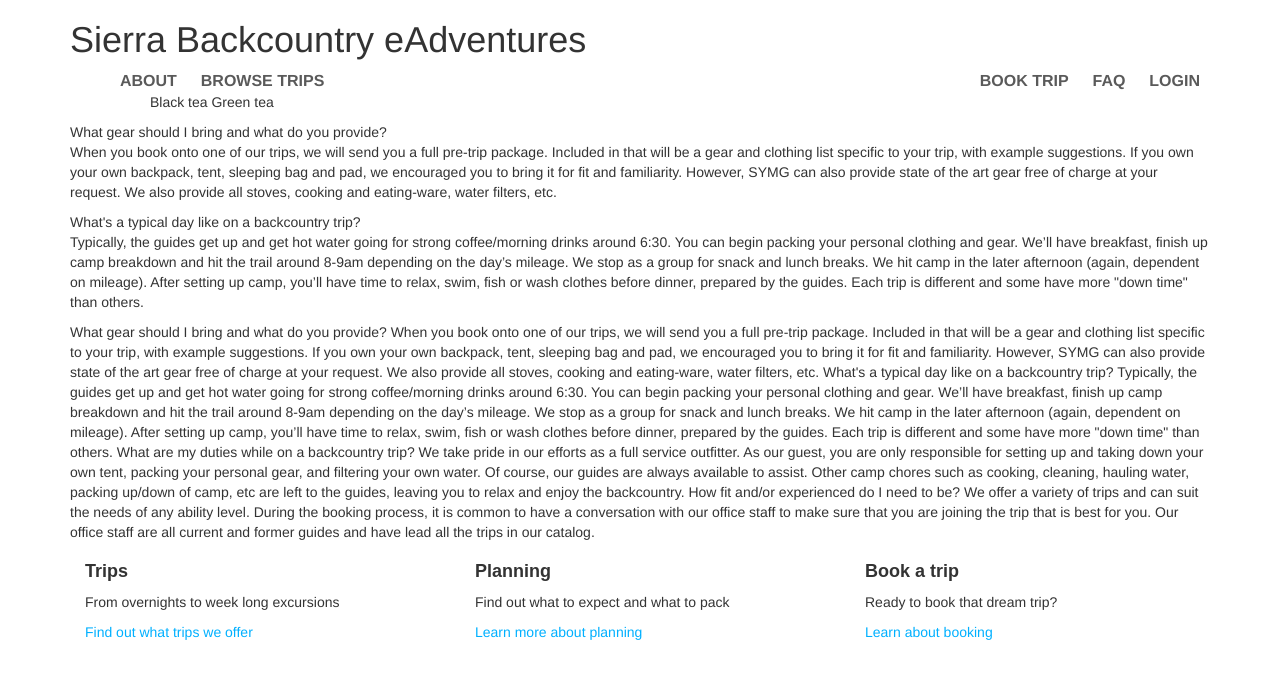
Repository: nageek17/eadventures
Page: http://localhost/support.php
The author's editor kept a record of every edit. The page is drawn from the files as they stood at one moment, then again after the next edit.
The browser window is 1280 px wide. The pictures show the whole page.
Some web libraries are served in a nearby version. The page is run by PHP 8.4 with error messages shown; the project is at /var/www/html/.

Above is the page before.
Console error (its wording comes from the project's code and is left out).

### support.php
<?php
    include ('header.php');
?>
<div class='container'>
<p>What gear should I bring and what do you provide?</br>
When you book onto one of our trips, we will send you a full pre-trip package. Included in that will be a gear and clothing list specific to your trip, with example suggestions. If you own your own backpack, tent, sleeping bag and pad, we encouraged you to bring it for fit and familiarity. However, SYMG can also provide state of the art gear free of charge at your request. We also provide all stoves, cooking and eating-ware, water filters, etc.


</p>

<p>What's a typical day like on a backcountry trip?</br>
Typically, the guides get up and get hot water going for strong coffee/morning drinks around 6:30. You can begin packing your personal clothing and gear. We’ll have breakfast, finish up camp breakdown and hit the trail around 8-9am depending on the day’s mileage. We stop as a group for snack and lunch breaks. We hit camp in the later afternoon (again, dependent on mileage). After setting up camp, you’ll have time to relax, swim, fish or wash clothes before dinner, prepared by the guides. Each trip is different and some have more "down time" than others.
</p>

<p></p>

<p></p>
What gear should I bring and what do you provide?
When you book onto one of our trips, we will send you a full pre-trip package. Included in that will be a gear and clothing list specific to your trip, with example suggestions. If you own your own backpack, tent, sleeping bag and pad, we encouraged you to bring it for fit and familiarity. However, SYMG can also provide state of the art gear free of charge at your request. We also provide all stoves, cooking and eating-ware, water filters, etc.
What's a typical day like on a backcountry trip?
Typically, the guides get up and get hot water going for strong coffee/morning drinks around 6:30. You can begin packing your personal clothing and gear. We’ll have breakfast, finish up camp breakdown and hit the trail around 8-9am depending on the day’s mileage. We stop as a group for snack and lunch breaks. We hit camp in the later afternoon (again, dependent on mileage). After setting up camp, you’ll have time to relax, swim, fish or wash clothes before dinner, prepared by the guides. Each trip is different and some have more "down time" than others.
What are my duties while on a backcountry trip?
We take pride in our efforts as a full service outfitter. As our guest, you are only responsible for setting up and taking down your own tent, packing your personal gear, and filtering your own water. Of course, our guides are always available to assist. Other camp chores such as cooking, cleaning, hauling water, packing up/down of camp, etc are left to the guides, leaving you to relax and enjoy the backcountry.
How fit and/or experienced do I need to be?
We offer a variety of trips and can suit the needs of any ability level. During the booking process, it is common to have a conversation with our office staff to make sure that you are joining the trip that is best for you. Our office staff are all current and former guides and have lead all the trips in our catalog.


<?php
    include ('footer.php');
?>

### header.php
<?php
  session_start();
  include ('dbconfig.php');

  //$con=mysqli_connect("kdoung17-eadventures-885147","kdoung17","","eadventures");
  if (mysqli_connect_errno()) {
  echo "Failed to connect to MySQL: " . mysqli_connect_error();
  }
?>

<!DOCTYPE html>
<html>
  <head>

    <link rel="stylesheet" href="//netdna.bootstrapcdn.com/bootstrap/3.1.1/css/bootstrap.min.css">
    <link rel="stylesheet" href="//netdna.bootstrapcdn.com/bootstrap/3.1.1/css/bootstrap-theme.min.css">

    <link rel="stylesheet" href="css/main.css">

    <title>eAdventures</title>

  </head>

<body>
    <div class="nav">
      <div class="container">
        <h1 class='heading'>Sierra Backcountry eAdventures</h1>
        <ul class="pull-left" class="active">
          <li><a href="index.php">about</a></li>
          <li><a href="products.php">Browse Trips</a>
          <ul>
            <li>Black tea</li>
            <li>Green tea</li>
          </ul>

          </li>
        </ul>
        <ul class="pull-right">
          <li><a href="booking.php">Book trip</a></li>
          <li><a href="faq.php">FAQ</a></li>

          <?php
          if(isset($_SESSION['email']))
          {
                echo '<li><a href="account.php">Account</a></li>';
                echo '<li><a href="logout.php">Logout</a></li>';
          }
          else
          {
            echo '<li><a href="login.php">Login</a></li>';
          }
          ?>
        </ul>
      </div>
    </div>

### dbconfig.php
<?php

$con=mysqli_connect("kdoung17-eadventures-885147","kdoung17","","eadventures");

?>

### footer.php


<div class="learn-more">
	  <div class="container">
		<div class='row'>
	      <div class='col-md-4'>
			<h3>Trips</h3>
			<p>From overnights to week long excursions</p>
			<p><a href="products.php">Find out what trips we offer</a></p>
	      </div>
		  <div class='col-md-4'>
			<h3>Planning</h3>
			<p>Find out what to expect and what to pack</p>
			<p><a href="faq.php">Learn more about planning</a></p>
		  </div>
		  <div class='col-md-4'>
			<h3>Book a trip</h3>
			<p>Ready to book that dream trip?</p>
			<p><a href="booking.php">Learn about booking</a></p>
		  </div>
	    </div>
	  </div>
	</div>
</div>


<script type="text/javascript" src="jcart/js/jquery-1.4.4.min.js"></script>
<script type="text/javascript" src="jcart/js/jcart.min.js"></script>
<script src="https://maxcdn.bootstrapcdn.com/bootstrap/3.2.0/js/bootstrap.min.js"></script>

</body>
</html>

### jcart/config-loader.php
<?php

// jCart v1.3
// http://conceptlogic.com/jcart/

// By default, this file returns the $config array for use with PHP scripts
// If requested via Ajax, the array is encoded as JSON and echoed out to the browser

// Don't edit here, edit config.php
include_once('config.php');

// Use default values for any settings that have been left empty
if (!$config['currencyCode']) $config['currencyCode']                     = 'USD';
if (!$config['text']['cartTitle']) $config['text']['cartTitle']           = 'Shopping Cart';
if (!$config['text']['singleItem']) $config['text']['singleItem']         = 'Item';
if (!$config['text']['multipleItems']) $config['text']['multipleItems']   = 'Items';
if (!$config['text']['subtotal']) $config['text']['subtotal']             = 'Subtotal';
if (!$config['text']['update']) $config['text']['update']                 = 'update';
if (!$config['text']['checkout']) $config['text']['checkout']             = 'checkout';
if (!$config['text']['checkoutPaypal']) $config['text']['checkoutPaypal'] = 'Checkout with PayPal';
if (!$config['text']['removeLink']) $config['text']['removeLink']         = 'remove';
if (!$config['text']['emptyButton']) $config['text']['emptyButton']       = 'empty';
if (!$config['text']['emptyMessage']) $config['text']['emptyMessage']     = 'Your cart is empty!';
if (!$config['text']['itemAdded']) $config['text']['itemAdded']           = 'Item added!';
if (!$config['text']['priceError']) $config['text']['priceError']         = 'Invalid price format!';
if (!$config['text']['quantityError']) $config['text']['quantityError']   = 'Item quantities must be whole numbers!';
if (!$config['text']['checkoutError']) $config['text']['checkoutError']   = 'Your order could not be processed!';

if ($_GET['ajax'] == 'true') {
	header('Content-type: application/json; charset=utf-8');
	echo json_encode($config);
}
?>

### jcart/config.php
<?php

// jCart v1.3
// http://conceptlogic.com/jcart/

// Do NOT store any sensitive info in this file!!!
// It's loaded into the browser as plain text via Ajax


////////////////////////////////////////////////////////////////////////////////
// REQUIRED SETTINGS

// Path to your jcart files
$config['jcartPath']              = 'jcart/';

// Path to your checkout page
$config['checkoutPath']           = 'checkout.php';

// The HTML name attributes used in your item forms
$config['item']['id']             = 'my-item-id';    // Item id
$config['item']['name']           = 'my-item-name';    // Item name
$config['item']['price']          = 'my-item-price';    // Item price
$config['item']['qty']            = 'my-item-qty';    // Item quantity
$config['item']['url']            = 'my-item-url';    // Item URL (optional)
$config['item']['add']            = 'my-add-button';    // Add to cart button

// Your PayPal secure merchant ID
// Found here: https://www.paypal.com/webapps/customerprofile/summary.view
$config['paypal']['id']           = 'seller_1282188508_biz@conceptlogic.com';

////////////////////////////////////////////////////////////////////////////////
// OPTIONAL SETTINGS

// Three-letter currency code, defaults to USD if empty
// See available options here: http://j.mp/agNsTx
$config['currencyCode']           = '';

// Add a unique token to form posts to prevent CSRF exploits
// Learn more: http://conceptlogic.com/jcart/security.php
$config['csrfToken']              = false;

// Override default cart text
$config['text']['cartTitle']      = '';    // Shopping Cart
$config['text']['singleItem']     = '';    // Item
$config['text']['multipleItems']  = '';    // Items
$config['text']['subtotal']       = '';    // Subtotal
$config['text']['update']         = '';    // update
$config['text']['checkout']       = '';    // checkout
$config['text']['checkoutPaypal'] = '';    // Checkout with PayPal
$config['text']['removeLink']     = '';    // remove
$config['text']['emptyButton']    = '';    // empty
$config['text']['emptyMessage']   = '';    // Your cart is empty!
$config['text']['itemAdded']      = '';    // Item added!
$config['text']['priceError']     = '';    // Invalid price format!
$config['text']['quantityError']  = '';    // Item quantities must be whole numbers!
$config['text']['checkoutError']  = '';    // Your order could not be processed!

// Override the default buttons by entering paths to your button images
$config['button']['checkout']     = '';
$config['button']['paypal']       = '';
$config['button']['update']       = '';
$config['button']['empty']        = '';


////////////////////////////////////////////////////////////////////////////////
// ADVANCED SETTINGS

// Display tooltip after the visitor adds an item to their cart?
$config['tooltip']                = true;

// Allow decimals in item quantities?
$config['decimalQtys']            = false;

// How many decimal places are allowed?
$config['decimalPlaces']          = 1;

// Number format for prices, see: http://php.net/manual/en/function.number-format.php
$config['priceFormat']            = array('decimals' => 2, 'dec_point' => '.', 'thousands_sep' => ',');

// Send visitor to PayPal via HTTPS?
$config['paypal']['https']        = true;

// Use PayPal sandbox?
$config['paypal']['sandbox']      = false;

// The URL a visitor is returned to after completing their PayPal transaction
$config['paypal']['returnUrl']    = '';

// The URL of your PayPal IPN script
$config['paypal']['notifyUrl']    = '';

?>

### css/main.css
.home .heading {
  font-family: 'Shift', sans-serif;
  font-weight: bold;
}

.featured-trips {
    background-color: #efefef;
    border-top: 1px solid #dbdbdb;
    border-bottom: 1px solid #dbdbdb;

}

.featured-trips h2{
    color: #393c3d;
    font-size: 24px;
}

.featured-trips p {
    font-size: 15px;
    margin-bottom: 13px;
}

.featured-trips .thumbnail{
  height: 500px;
}

.nav a {
  color: #5a5a5a;
  font-size: 16px;
  font-weight: bold;
  padding: 14px 10px;
  text-transform: uppercase;
}

.nav li {
  display: inline;
}

.home .jumbotron {
  background-image:url(../img/yosemitecover.jpg);
  height: 600px;
  margin-bottom:0px;
}

.home .jumbotron .container {
  position: relative;
  top:100px;
}

.home .jumbotron h1 {
  color: #fff;
  font-size: 48px;
  font-family: 'Shift', sans-serif;
  font-weight: bold;
}

.home .jumbotron p {
  font-size: 26px;
  color: #fff;
}

.home .learn-more {
  background-color: #f7f7f7;
}

.learn-more h3 {
  font-family: 'Shift', sans-serif;
  font-size: 18px;
  font-weight: bold;
}

.learn-more a {
  color: #00b0ff;
}

.trips .jumbotron {
  background-color: #f7f7f7;

}

/*  products css page */
.trips .jumbotron p{
  font-size: 15px;

}

.trips .container{
        border-top-style: solid;
        border-top-color: #778899;

}

.trips .thumbnail {
  margin-top: 20px;
}

### jcart/js/jcart.min.js
// jCart v1.3
// http://conceptlogic.com/jcart/
$(function(){var a=(function(){var k="jcart",b=$("#jcart"),e=$("[name=jcartToken]").val(),i=$("#jcart-tooltip");var d=(function(){var l=null;$.ajax({url:k+"/config-loader.php",data:{ajax:"true"},dataType:"json",async:false,success:function(m){l=m},error:function(){alert("Ajax error: Edit the path in jcart.js to fix.")}});return l}());var f=(function(){if(d.tooltip===true){i.text(d.text.itemAdded);$(".jcart [type=submit]").mouseenter(function(m){var l=m.pageY+25,n=m.pageX+-10;$("body").append(i);i.css({top:n+"px",left:l+"px"})}).mousemove(function(m){var n=m.pageY+25,l=m.pageX+-10;i.css({top:n+"px",left:l+"px"})}).mouseleave(function(){i.hide()})}$("#jcart-buttons").remove();$.ajaxSetup({type:"POST",url:k+"/relay.php",success:function(l){b.html(l);$("#jcart-buttons").remove()},error:function(n,p){var o=n.status,l="Ajax error: ";if(o===0){l+="Check your network connection."}if(o===404||o===500){l+=o}if(p==="parsererror"||p==="timeout"){l+=p}alert(l)}})}());var c=$("#jcart-is-checkout").val();function j(n){var m=n.find("[name="+d.item.qty+"]"),l=n.find("[name="+d.item.add+"]");$.ajax({data:n.serialize()+"&"+d.item.add+"="+l.val(),success:function(o){if(m.val()>0&&i.css("display")==="none"){i.fadeIn("100").delay("400").fadeOut("100")}b.html(o);$("#jcart-buttons").remove()}})}function g(l){var o=l.parent().find('[name="jcartItemId[]"]').val();var n=l.val();if(n){var m=window.setTimeout(function(){$.ajax({data:{jcartUpdate:1,itemId:o,itemQty:n,jcartIsCheckout:c,jcartToken:e}})},1000)}l.keydown(function(p){if(p.which!==9){window.clearTimeout(m)}})}function h(m){var n=m.attr("href");n=n.split("=");var l=n[1];$.ajax({type:"GET",data:{jcartRemove:l,jcartIsCheckout:c}})}$(".jcart").submit(function(l){j($(this));l.preventDefault()});b.keydown(function(l){if(l.which===13){l.preventDefault()}});b.delegate('[name="jcartItemQty[]"]',"keyup",function(){g($(this))});b.delegate(".jcart-remove","click",function(l){h($(this));l.preventDefault()})}())});

Loaded but not shown: jcart/js/jquery-1.4.4.min.js (library)

After the next edit:
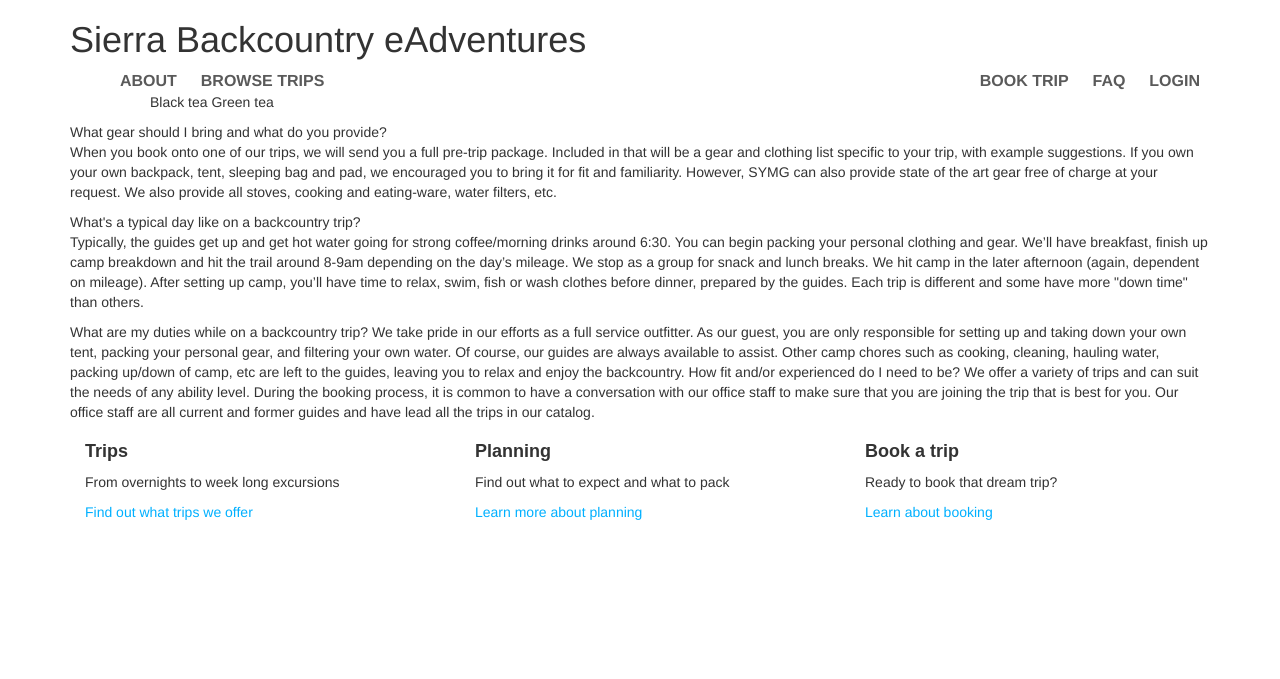
The edit:
--- a/support.php
+++ b/support.php
@@ -15,10 +15,7 @@
 <p></p>
 
 <p></p>
-What gear should I bring and what do you provide?
-When you book onto one of our trips, we will send you a full pre-trip package. Included in that will be a gear and clothing list specific to your trip, with example suggestions. If you own your own backpack, tent, sleeping bag and pad, we encouraged you to bring it for fit and familiarity. However, SYMG can also provide state of the art gear free of charge at your request. We also provide all stoves, cooking and eating-ware, water filters, etc.
-What's a typical day like on a backcountry trip?
-Typically, the guides get up and get hot water going for strong coffee/morning drinks around 6:30. You can begin packing your personal clothing and gear. We’ll have breakfast, finish up camp breakdown and hit the trail around 8-9am depending on the day’s mileage. We stop as a group for snack and lunch breaks. We hit camp in the later afternoon (again, dependent on mileage). After setting up camp, you’ll have time to relax, swim, fish or wash clothes before dinner, prepared by the guides. Each trip is different and some have more "down time" than others.
+
 What are my duties while on a backcountry trip?
 We take pride in our efforts as a full service outfitter. As our guest, you are only responsible for setting up and taking down your own tent, packing your personal gear, and filtering your own water. Of course, our guides are always available to assist. Other camp chores such as cooking, cleaning, hauling water, packing up/down of camp, etc are left to the guides, leaving you to relax and enjoy the backcountry.
 How fit and/or experienced do I need to be?
